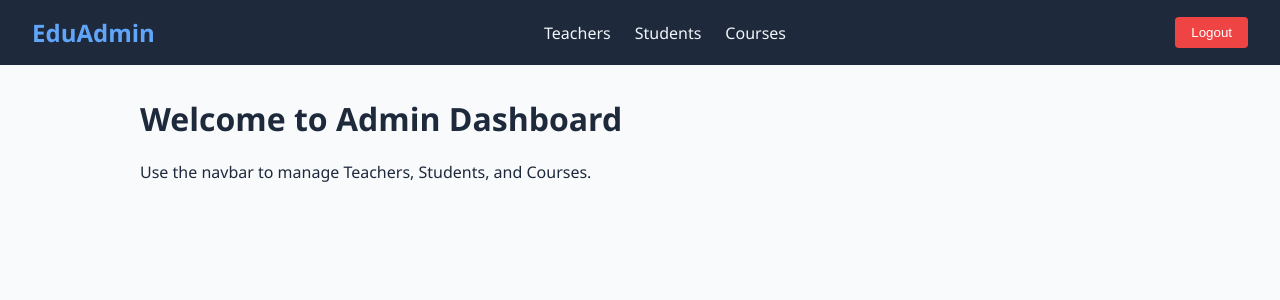
Repository: Fail2/Online-Classroom
Page: http://localhost/adminpanel/dashboard/
The author's editor kept a copy of each file at every save. The page is drawn from the files as they stood at one save, then again after the next save.
The browser window is 1280 px wide. The pictures show the whole page.
The page is served by the project's application, run on Django 5.2 (Edu_Frontend/manage.py). Other server files are loaded and not shown.

Above is the page before, as saved 2025-05-24 21:02:09.

### Education_Frontend/Edu_Frontend/adminpanel/templates/adminpanel/dashboard.html
{% extends 'adminpanel/base.html' %}

{% block content %}
    <h1>Welcome to Admin Dashboard</h1>
    <p>Use the navbar to manage Teachers, Students, and Courses.</p>
{% endblock %}

### Education_Frontend/Edu_Frontend/adminpanel/templates/adminpanel/base.html
<!DOCTYPE html>
<html lang="en">
<head>
    <meta charset="UTF-8">
    <title>{% block title %}Admin Panel{% endblock %}</title>

    <style>
        body {
            margin: 0;
            font-family: 'Segoe UI', Tahoma, Geneva, Verdana, sans-serif;
            background-color: #f8fafc;
            color: #1e293b;
        }

        .navbar {
            display: flex;
            justify-content: space-between;
            align-items: center;
            background-color: #1e293b;
            padding: 1rem 2rem;
            color: white;
            flex-wrap: wrap;
        }

        .navbar-left .brand {
            font-size: 1.5rem;
            font-weight: bold;
            color: #60a5fa;
            text-decoration: none;
        }

        .navbar-center {
            display: flex;
            gap: 1.5rem;
        }

        .navbar-center a {
            color: #f1f5f9;
            text-decoration: none;
            font-weight: 500;
            transition: color 0.3s;
        }

        .navbar-center a:hover {
            color: #38bdf8;
        }

        .navbar-right form {
            margin: 0;
        }

        .logout-btn {
            padding: 0.5rem 1rem;
            background-color: #ef4444;
            border: none;
            color: white;
            border-radius: 4px;
            cursor: pointer;
            font-weight: 500;
            transition: background 0.3s;
        }

        .logout-btn:hover {
            background-color: #dc2626;
        }

        @media (max-width: 768px) {
            .navbar {
                flex-direction: column;
                align-items: flex-start;
                gap: 1rem;
            }

            .navbar-center {
                flex-direction: column;
                gap: 0.75rem;
                width: 100%;
            }

            .navbar-right {
                width: 100%;
                text-align: left;
            }
        }

        .container {
            max-width: 1000px;
            margin: 2rem auto;
            padding: 0 1rem;
        }
    </style>

    {% block extra_css %}{% endblock %}
</head>
<body>

    <!-- Navbar -->
    <nav class="navbar">
        <div class="navbar-left">
            <a href="{% url 'admin-dashboard' %}" class="brand">EduAdmin</a>
        </div>
        <div class="navbar-center">
            <a href="{% url 'teacher-list' %}">Teachers</a>
            <a href="{% url 'student-list' %}">Students</a>
            <a href="{% url 'course-list' %}">Courses</a>
        </div>
        <div class="navbar-right">
            <form action="{% url 'admin-logout' %}" method="post">
                {% csrf_token %}
                <button type="submit" class="logout-btn">Logout</button>
            </form>
        </div>
    </nav>

    <!-- Page Content -->
    <div class="container">
        {% block content %}
        {% endblock %}
    </div>

    {% block extra_script %}{% endblock %}
</body>
</html>

### Education_Frontend/Edu_Frontend/adminpanel/views.py
from django.shortcuts import render,redirect
import requests
from .forms import AdminRegisterForm,AdminLoginForm
# Create your views here.

BACKEND_URL = 'http://127.0.0.1:8000/api/'  # Backend URL

def admin_login(request):
    form = AdminLoginForm(request.POST or None)
    if request.method =='POST' and form.is_valid():
        response = requests.post(BACKEND_URL + 'token/',data ={
            'username': form.cleaned_data['username'],
            'password': form.cleaned_data['password'],
        })
        if response.status_code == 200:
            tokens = response.json()
            request.session['access'] = tokens['access']
            return redirect('admin-dashboard')  # target dashboard
        else :
            print("🚨 Backend Error:", response.status_code, response.text)  # 👈 ADD THIS
            error = "Invalid credentials"
    return render(request,'adminpanel/login.html',{'form':form})

def admin_register(request):
    form = AdminRegisterForm(request.POST or None)
    error = None
    if request.method == 'POST' and form.is_valid():
        response = requests.post(BACKEND_URL + 'accounts/users/', json ={
            'username': form.cleaned_data['username'],
            'email': form.cleaned_data['email'],
            'password': form.cleaned_data['password'],
            'role':'ADMIN'
        })

        if response.status_code in [200,201]:
            return redirect('admin_login')
        else:
            print("🚨 Backend Error:", response.status_code, response.text)  # 👈 ADD THIS
            error = 'Somethings wrong!'

    return render(request,'adminpanel/register.html', {'form':form})

def admin_dashboard(request):
    return render(request, 'adminpanel/dashboard.html')

def teacher_list(request):
    return render(request, 'adminpanel/teachers.html')

def student_list(request):
    return render(request, 'adminpanel/students.html')

def course_list(request):
    return render(request, 'adminpanel/courses.html')

def admin_logout(request):
    # You can handle token removal or redirect to login here
    return redirect('admin_login')

### Education_Frontend/Edu_Frontend/Edu_Frontend/urls.py
"""
URL configuration for Edu_Frontend project.

The `urlpatterns` list routes URLs to views. For more information please see:
    https://docs.djangoproject.com/en/5.2/topics/http/urls/
Examples:
Function views
    1. Add an import:  from my_app import views
    2. Add a URL to urlpatterns:  path('', views.home, name='home')
Class-based views
    1. Add an import:  from other_app.views import Home
    2. Add a URL to urlpatterns:  path('', Home.as_view(), name='home')
Including another URLconf
    1. Import the include() function: from django.urls import include, path
    2. Add a URL to urlpatterns:  path('blog/', include('blog.urls'))
"""
from django.contrib import admin
from django.urls import path,include

urlpatterns = [
    path('admin/', admin.site.urls),
    path('adminpanel/',include('adminpanel.urls')),
]

### Education_Frontend/Edu_Frontend/adminpanel/urls.py
from django.contrib import admin
from django.urls import path,include
from . import views
urlpatterns = [
    path('login/',views.admin_login,name = 'admin-login'),
    path('register/',views.admin_register,name = 'admin-register'),
    path('dashboard/', views.admin_dashboard, name='admin-dashboard'),
    path('teachers/', views.teacher_list, name='teacher-list'),
    path('students/', views.student_list, name='student-list'),
    path('courses/', views.course_list, name='course-list'),
    path('logout/', views.admin_logout, name='admin-logout'),
]

After the next save:
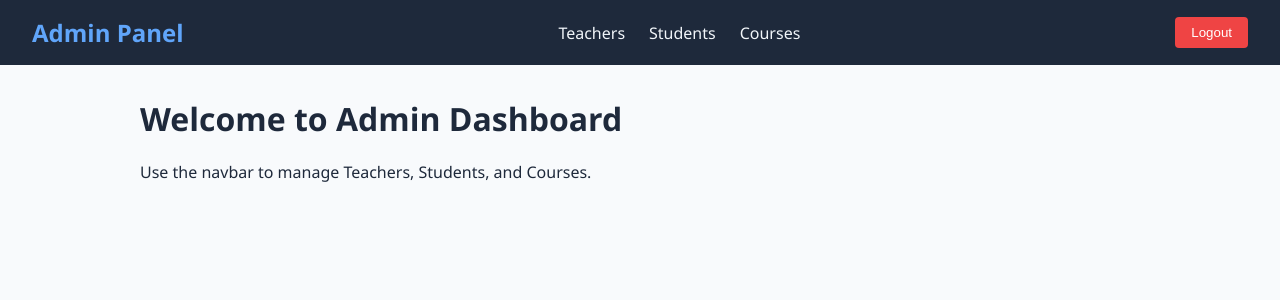
Saved 58 s later.
--- a/Education_Frontend/Edu_Frontend/adminpanel/templates/adminpanel/base.html
+++ b/Education_Frontend/Edu_Frontend/adminpanel/templates/adminpanel/base.html
@@ -97,7 +97,7 @@
     <!-- Navbar -->
     <nav class="navbar">
         <div class="navbar-left">
-            <a href="{% url 'admin-dashboard' %}" class="brand">EduAdmin</a>
+            <a href="{% url 'admin-dashboard' %}" class="brand">Admin Panel</a>
         </div>
         <div class="navbar-center">
             <a href="{% url 'teacher-list' %}">Teachers</a>
